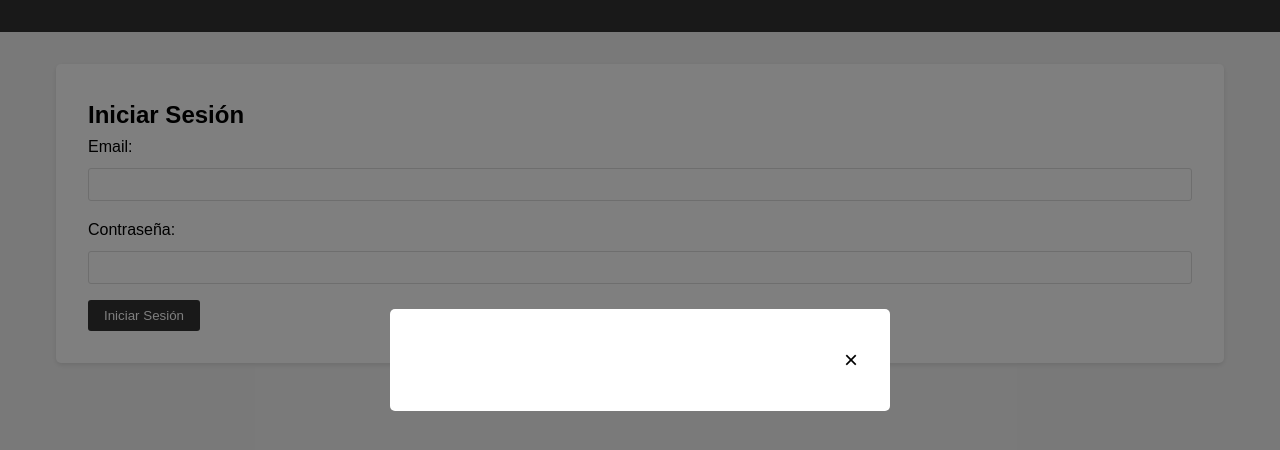
Repository: JoanOrobio77/BikeStore_Backend
Page: src/frontend/html/index.html
The author's editor kept a copy of each file at every save. The page is drawn from the files as they stood at one save, then again after the next save.
The browser window is 1280 px wide. The pictures show the whole page.
The page's requests for data from a server got no answer.

Above is the page before, as saved 2025-04-06 20:30:41.

### src/frontend/html/index.html
<!DOCTYPE html>
<html lang="es">
<head>
    <meta charset="UTF-8">
    <meta name="viewport" content="width=device-width, initial-scale=1.0">
    <title>Bikestore - Sistema de Gestión</title>
    <link rel="stylesheet" href="../css/styles.css">
    <link rel="icon" href="data:[embedded picture, 141 characters]">
</head>
<body>
    <header>
        <nav>
            <div class="logo">Bikestore</div>
            <ul class="nav-links">
                <li><a href="#" data-section="productos">Productos</a></li>
                <li><a href="#" data-section="categorias">Categorías</a></li>
                <li><a href="#" data-section="ventas">Ventas</a></li>
                <li><a href="#" data-section="stock">Stock</a></li>
            </ul>
            <div class="user-info">
                <span id="userName"></span>
                <button id="logoutBtn">Cerrar Sesión</button>
            </div>
        </nav>
    </header>

    <main>
        <!-- Sección de Login -->
        <section id="loginSection" class="active">
            <h2>Iniciar Sesión</h2>
            <form id="loginForm">
                <div class="form-group">
                    <label for="email">Email:</label>
                    <input type="email" id="email" required>
                </div>
                <div class="form-group">
                    <label for="password">Contraseña:</label>
                    <input type="password" id="password" required>
                </div>
                <button type="submit">Iniciar Sesión</button>
            </form>
        </section>

        <!-- Sección de Productos -->
        <section id="productosSection" class="hidden">
            <h2>Gestión de Productos</h2>
            <button id="addProductoBtn">Agregar Producto</button>
            <div id="productosList"></div>
        </section>

        <!-- Sección de Categorías -->
        <section id="categoriasSection" class="hidden">
            <h2>Gestión de Categorías</h2>
            <button id="addCategoriaBtn">Agregar Categoría</button>
            <div id="categoriasList"></div>
        </section>

        <!-- Sección de Ventas -->
        <section id="ventasSection" class="hidden">
            <h2>Gestión de Ventas</h2>
            <button id="addVentaBtn">Nueva Venta</button>
            <div id="ventasList"></div>
        </section>

        <!-- Sección de Stock -->
        <section id="stockSection" class="hidden">
            <h2>Gestión de Stock</h2>
            <div id="stockList"></div>
        </section>
    </main>

    <!-- Modales -->
    <div id="modal" class="modal hidden">
        <div class="modal-content">
            <span class="close">&times;</span>
            <div id="modalContent"></div>
        </div>
    </div>

    <script src="../scripts/auth.js"></script>
    <script src="../scripts/productos.js"></script>
    <script src="../scripts/categorias.js"></script>
    <script src="../scripts/ventas.js"></script>
    <script src="../scripts/stock.js"></script>
    <script src="../scripts/main.js"></script>
</body>
</html>

### src/frontend/css/styles.css
/* Estilos generales */
* {
    margin: 0;
    padding: 0;
    box-sizing: border-box;
}

body {
    font-family: Arial, sans-serif;
    line-height: 1.6;
    background-color: #f4f4f4;
}

/* Header y navegación */
header {
    background-color: #333;
    color: white;
    padding: 1rem;
}

nav {
    display: flex;
    justify-content: space-between;
    align-items: center;
    max-width: 1200px;
    margin: 0 auto;
}

.logo {
    font-size: 1.5rem;
    font-weight: bold;
}

.nav-links {
    display: flex;
    list-style: none;
}

.nav-links li {
    margin: 0 1rem;
}

.nav-links a {
    color: white;
    text-decoration: none;
}

.nav-links a:hover {
    color: #ddd;
}

/* Contenido principal */
main {
    max-width: 1200px;
    margin: 2rem auto;
    padding: 0 1rem;
}

section {
    background-color: white;
    padding: 2rem;
    border-radius: 5px;
    box-shadow: 0 2px 5px rgba(0,0,0,0.1);
}

.hidden {
    display: none;
}

/* Formularios */
.form-group {
    margin-bottom: 1rem;
}

label {
    display: block;
    margin-bottom: 0.5rem;
}

input {
    width: 100%;
    padding: 0.5rem;
    border: 1px solid #ddd;
    border-radius: 3px;
}

button {
    background-color: #333;
    color: white;
    padding: 0.5rem 1rem;
    border: none;
    border-radius: 3px;
    cursor: pointer;
}

button:hover {
    background-color: #444;
}

/* Listas */
.list-item {
    border: 1px solid #ddd;
    padding: 1rem;
    margin-bottom: 1rem;
    border-radius: 3px;
}

/* Modal */
.modal {
    position: fixed;
    top: 0;
    left: 0;
    width: 100%;
    height: 100%;
    background-color: rgba(0,0,0,0.5);
    display: flex;
    justify-content: center;
    align-items: center;
}

.modal-content {
    background-color: white;
    padding: 2rem;
    border-radius: 5px;
    width: 90%;
    max-width: 500px;
}

.close {
    float: right;
    cursor: pointer;
    font-size: 1.5rem;
}

/* Tablas */
table {
    width: 100%;
    border-collapse: collapse;
    margin-top: 1rem;
}

th, td {
    padding: 0.5rem;
    text-align: left;
    border-bottom: 1px solid #ddd;
}

th {
    background-color: #f4f4f4;
}

/* Mensajes de error y éxito */
.error {
    color: red;
    margin-bottom: 1rem;
}

.success {
    color: green;
    margin-bottom: 1rem;
}

### src/frontend/scripts/auth.js
// Configuración de la API
const API_URL = 'http://localhost:3000/api';

// Funciones de autenticación
const auth = {
    // Login
    async login(email, password) {
        try {
            const response = await fetch(`${API_URL}/auth/login`, {
                method: 'POST',
                headers: {
                    'Content-Type': 'application/json'
                },
                body: JSON.stringify({ email, password })
            });

            const data = await response.json();

            if (response.ok) {
                localStorage.setItem('token', data.token);
                localStorage.setItem('userName', data.nombre);
                return true;
            } else {
                throw new Error(data.message || 'Error en el inicio de sesión');
            }
        } catch (error) {
            console.error('Error:', error);
            throw error;
        }
    },

    // Logout
    logout() {
        localStorage.removeItem('token');
        localStorage.removeItem('userName');
        window.location.reload();
    },

    // Verificar si el usuario está autenticado
    isAuthenticated() {
        return !!localStorage.getItem('token');
    },

    // Obtener el token
    getToken() {
        return localStorage.getItem('token');
    }
};

// Event Listeners
document.addEventListener('DOMContentLoaded', () => {
    const loginForm = document.getElementById('loginForm');
    const logoutBtn = document.getElementById('logoutBtn');
    const userName = document.getElementById('userName');

    // Mostrar nombre de usuario si está autenticado
    if (auth.isAuthenticated()) {
        userName.textContent = localStorage.getItem('userName');
        document.getElementById('loginSection').classList.add('hidden');
        document.querySelector('nav').classList.remove('hidden');
    }

    // Manejar login
    loginForm.addEventListener('submit', async (e) => {
        e.preventDefault();
        const email = document.getElementById('email').value;
        const password = document.getElementById('password').value;

        try {
            await auth.login(email, password);
            window.location.reload();
        } catch (error) {
            alert(error.message);
        }
    });

    // Manejar logout
    logoutBtn.addEventListener('click', () => {
        auth.logout();
    });
});

### src/frontend/scripts/categorias.js
// Gestión de categorías
const categorias = {
    // Obtener todas las categorías
    async getAll() {
        try {
            const response = await fetch(`${API_URL}/categorias`, {
                headers: {
                    'Authorization': `Bearer ${auth.getToken()}`
                }
            });
            return await response.json();
        } catch (error) {
            console.error('Error:', error);
            throw error;
        }
    },

    // Crear categoría
    async create(categoriaData) {
        try {
            const response = await fetch(`${API_URL}/categorias`, {
                method: 'POST',
                headers: {
                    'Authorization': `Bearer ${auth.getToken()}`,
                    'Content-Type': 'application/json'
                },
                body: JSON.stringify(categoriaData)
            });
            return await response.json();
        } catch (error) {
            console.error('Error:', error);
            throw error;
        }
    },

    // Actualizar categoría
    async update(id, categoriaData) {
        try {
            const response = await fetch(`${API_URL}/categorias/${id}`, {
                method: 'PUT',
                headers: {
                    'Authorization': `Bearer ${auth.getToken()}`,
                    'Content-Type': 'application/json'
                },
                body: JSON.stringify(categoriaData)
            });
            return await response.json();
        } catch (error) {
            console.error('Error:', error);
            throw error;
        }
    },

    // Eliminar categoría
    async delete(id) {
        try {
            const response = await fetch(`${API_URL}/categorias/${id}`, {
                method: 'DELETE',
                headers: {
                    'Authorization': `Bearer ${auth.getToken()}`
                }
            });
            return await response.json();
        } catch (error) {
            console.error('Error:', error);
            throw error;
        }
    },

    // Renderizar lista de categorías
    renderList(categorias) {
        const container = document.getElementById('categoriasList');
        container.innerHTML = `
            <table>
                <thead>
                    <tr>
                        <th>ID</th>
                        <th>Nombre</th>
                        <th>Acciones</th>
                    </tr>
                </thead>
                <tbody>
                    ${categorias.map(categoria => `
                        <tr>
                            <td>${categoria.id_categoria}</td>
                            <td>${categoria.nombre_categoria}</td>
                            <td>
                                <button onclick="categorias.showEditModal(${categoria.id_categoria})">Editar</button>
                                <button onclick="categorias.delete(${categoria.id_categoria})">Eliminar</button>
                            </td>
                        </tr>
                    `).join('')}
                </tbody>
            </table>
        `;
    },

    // Mostrar modal de edición
    async showEditModal(id) {
        const categoria = await this.getById(id);
        const modal = document.getElementById('modal');
        const modalContent = document.getElementById('modalContent');

        modalContent.innerHTML = `
            <h3>Editar Categoría</h3>
            <form id="editCategoriaForm">
                <div class="form-group">
                    <label for="nombre">Nombre:</label>
                    <input type="text" id="nombre" value="${categoria.nombre_categoria}" required>
                </div>
                <button type="submit">Guardar</button>
            </form>
        `;

        modal.classList.remove('hidden');

        document.getElementById('editCategoriaForm').addEventListener('submit', async (e) => {
            e.preventDefault();
            const formData = {
                nombre_categoria: document.getElementById('nombre').value
            };

            try {
                await this.update(id, formData);
                modal.classList.add('hidden');
                this.loadCategorias();
            } catch (error) {
                alert(error.message);
            }
        });
    },

    // Cargar categorías
    async loadCategorias() {
        try {
            const categorias = await this.getAll();
            this.renderList(categorias);
        } catch (error) {
            alert('Error al cargar categorías');
        }
    }
};

// Event Listeners
document.addEventListener('DOMContentLoaded', () => {
    const addCategoriaBtn = document.getElementById('addCategoriaBtn');

    if (addCategoriaBtn) {
        addCategoriaBtn.addEventListener('click', () => {
            const modal = document.getElementById('modal');
            const modalContent = document.getElementById('modalContent');

            modalContent.innerHTML = `
                <h3>Nueva Categoría</h3>
                <form id="addCategoriaForm">
                    <div class="form-group">
                        <label for="nombre">Nombre:</label>
                        <input type="text" id="nombre" required>
                    </div>
                    <button type="submit">Crear</button>
                </form>
            `;

            modal.classList.remove('hidden');

            document.getElementById('addCategoriaForm').addEventListener('submit', async (e) => {
                e.preventDefault();
                const formData = {
                    nombre_categoria: document.getElementById('nombre').value
                };

                try {
                    await categorias.create(formData);
                    modal.classList.add('hidden');
                    categorias.loadCategorias();
                } catch (error) {
                    alert(error.message);
                }
            });
        });
    }
});

### src/frontend/scripts/stock.js
// Gestión de stock
const stock = {
    // Obtener todo el stock
    async getAll() {
        try {
            const response = await fetch(`${API_URL}/stock`, {
                headers: {
                    'Authorization': `Bearer ${localStorage.getItem('token')}`
                }
            });
            if (!response.ok) {
                throw new Error(`Error HTTP: ${response.status}`);
            }
            return await response.json();
        } catch (error) {
            console.error('Error:', error);
            throw error;
        }
    },

    // Obtener stock por ID
    async getById(id) {
        try {
            const response = await fetch(`${API_URL}/stock/${id}`, {
                headers: {
                    'Authorization': `Bearer ${localStorage.getItem('token')}`
                }
            });
            if (!response.ok) {
                throw new Error(`Error HTTP: ${response.status}`);
            }
            return await response.json();
        } catch (error) {
            console.error('Error:', error);
            throw error;
        }
    },

    // Actualizar stock
    async update(id, stockData) {
        try {
            const response = await fetch(`${API_URL}/stock/${id}`, {
                method: 'PUT',
                headers: {
                    'Authorization': `Bearer ${localStorage.getItem('token')}`,
                    'Content-Type': 'application/json'
                },
                body: JSON.stringify(stockData)
            });
            if (!response.ok) {
                throw new Error(`Error HTTP: ${response.status}`);
            }
            return await response.json();
        } catch (error) {
            console.error('Error:', error);
            throw error;
        }
    },

    // Renderizar lista de stock
    renderList(stockItems) {
        const container = document.getElementById('stockList');
        container.innerHTML = `
            <table>
                <thead>
                    <tr>
                        <th>ID</th>
                        <th>Producto</th>
                        <th>Cantidad</th>
                        <th>Acciones</th>
                    </tr>
                </thead>
                <tbody>
                    ${stockItems.map(item => `
                        <tr>
                            <td>${item.id_stock}</td>
                            <td>${item.nombre_producto}</td>
                            <td>${item.cantidad}</td>
                            <td>
                                <button onclick="stock.showEditModal(${item.id_stock})">Actualizar Stock</button>
                            </td>
                        </tr>
                    `).join('')}
                </tbody>
            </table>
        `;
    },

    // Mostrar modal de edición
    async showEditModal(id) {
        try {
            const stockItem = await this.getById(id);
            const modal = document.getElementById('modal');
            const modalContent = document.getElementById('modalContent');

            modalContent.innerHTML = `
                <h3>Actualizar Stock</h3>
                <form id="editStockForm">
                    <div class="form-group">
                        <label for="cantidad">Cantidad:</label>
                        <input type="number" id="cantidad" value="${stockItem.cantidad}" min="0" required>
                    </div>
                    <button type="submit">Guardar</button>
                </form>
            `;

            modal.classList.remove('hidden');

            document.getElementById('editStockForm').addEventListener('submit', async (e) => {
                e.preventDefault();
                const formData = {
                    cantidad: document.getElementById('cantidad').value
                };

                try {
                    await this.update(id, formData);
                    modal.classList.add('hidden');
                    this.loadStock();
                } catch (error) {
                    alert(error.message);
                }
            });
        } catch (error) {
            alert('Error al cargar los datos del stock: ' + error.message);
        }
    },

    // Cargar stock
    async loadStock() {
        try {
            const stockItems = await this.getAll();
            this.renderList(stockItems);
        } catch (error) {
            alert('Error al cargar stock: ' + error.message);
        }
    }
};

// Event Listeners
document.addEventListener('DOMContentLoaded', () => {
    if (document.getElementById('stockList')) {
        stock.loadStock();
    }
});

### src/frontend/scripts/main.js
// Navegación
document.addEventListener('DOMContentLoaded', () => {
    const navLinks = document.querySelectorAll('.nav-links a');
    const sections = document.querySelectorAll('main > section');
    const modal = document.getElementById('modal');
    const closeBtn = document.querySelector('.close');

    // Manejar navegación
    navLinks.forEach(link => {
        link.addEventListener('click', (e) => {
            e.preventDefault();
            const targetSection = link.getAttribute('data-section');

            // Ocultar todas las secciones
            sections.forEach(section => {
                section.classList.add('hidden');
            });

            // Mostrar la sección seleccionada
            document.getElementById(`${targetSection}Section`).classList.remove('hidden');

            // Cargar datos de la sección
            switch(targetSection) {
                case 'productos':
                    productos.loadProductos();
                    break;
                case 'categorias':
                    categorias.loadCategorias();
                    break;
                case 'ventas':
                    ventas.loadVentas();
                    break;
                case 'stock':
                    stock.loadStock();
                    break;
            }
        });
    });

    // Cerrar modal
    if (closeBtn) {
        closeBtn.addEventListener('click', () => {
            modal.classList.add('hidden');
        });
    }

    // Cerrar modal al hacer clic fuera
    window.addEventListener('click', (e) => {
        if (e.target === modal) {
            modal.classList.add('hidden');
        }
    });

    // Verificar autenticación
    if (auth.isAuthenticated()) {
        document.getElementById('loginSection').classList.add('hidden');
        document.querySelector('nav').classList.remove('hidden');

        // Cargar sección inicial (productos)
        document.getElementById('productosSection').classList.remove('hidden');
        productos.loadProductos();
    } else {
        document.getElementById('loginSection').classList.remove('hidden');
        document.querySelector('nav').classList.add('hidden');
    }
});

### src/frontend/scripts/config.js
// Configuración de la API
const API_URL = 'http://localhost:3000/api';

Loaded but not shown: src/frontend/scripts/productos.js (226 lines, source omitted); src/frontend/scripts/ventas.js (180 lines, source omitted)

After the next save:
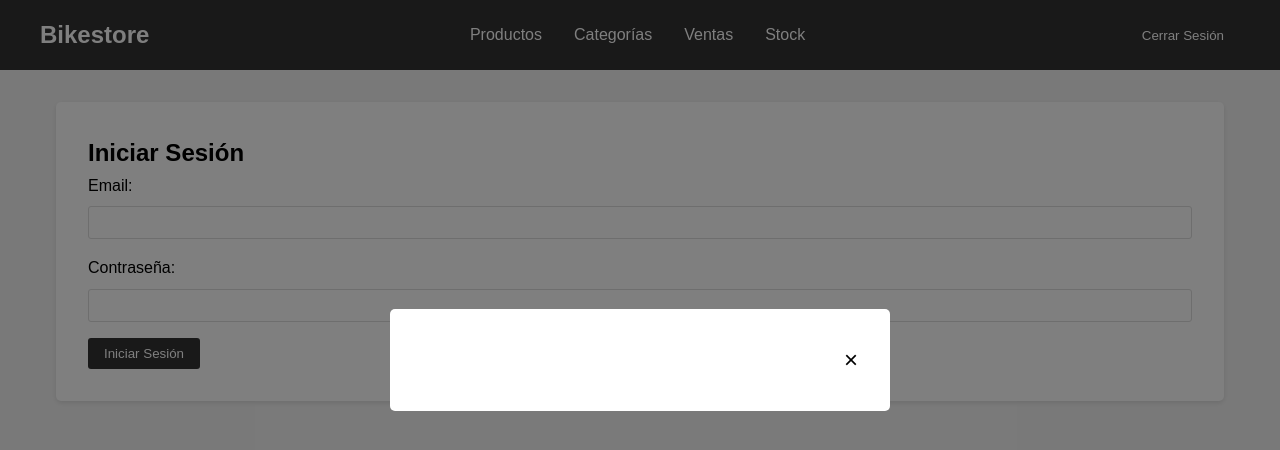
Console error: SyntaxError: Identifier 'API_URL' has already been declared
Saved 16 s later.
--- a/src/frontend/html/index.html
+++ b/src/frontend/html/index.html
@@ -77,6 +77,7 @@
         </div>
     </div>
 
+    <script src="../scripts/config.js"></script>
     <script src="../scripts/auth.js"></script>
     <script src="../scripts/productos.js"></script>
     <script src="../scripts/categorias.js"></script>

After the save that followed:
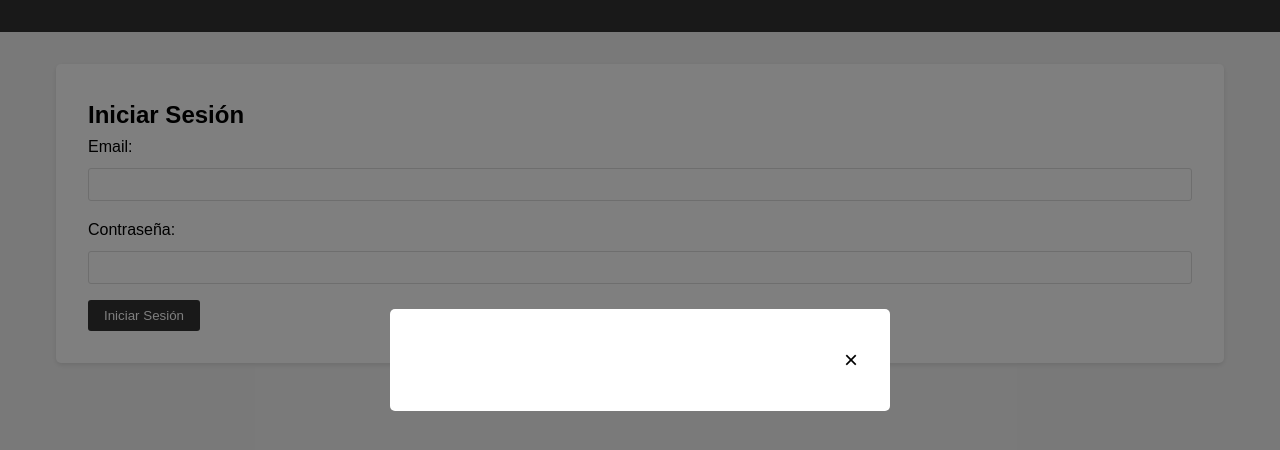
The error is gone.
Saved 14 s later.
--- a/src/frontend/scripts/auth.js
+++ b/src/frontend/scripts/auth.js
@@ -1,6 +1,3 @@
-// Configuración de la API
-const API_URL = 'http://localhost:3000/api';
-
 // Funciones de autenticación
 const auth = {
     // Login
@@ -18,7 +15,7 @@
 
             if (response.ok) {
                 localStorage.setItem('token', data.token);
-                localStorage.setItem('userName', data.nombre);
+                localStorage.setItem('userName', data.user.nombre);
                 return true;
             } else {
                 throw new Error(data.message || 'Error en el inicio de sesión');
